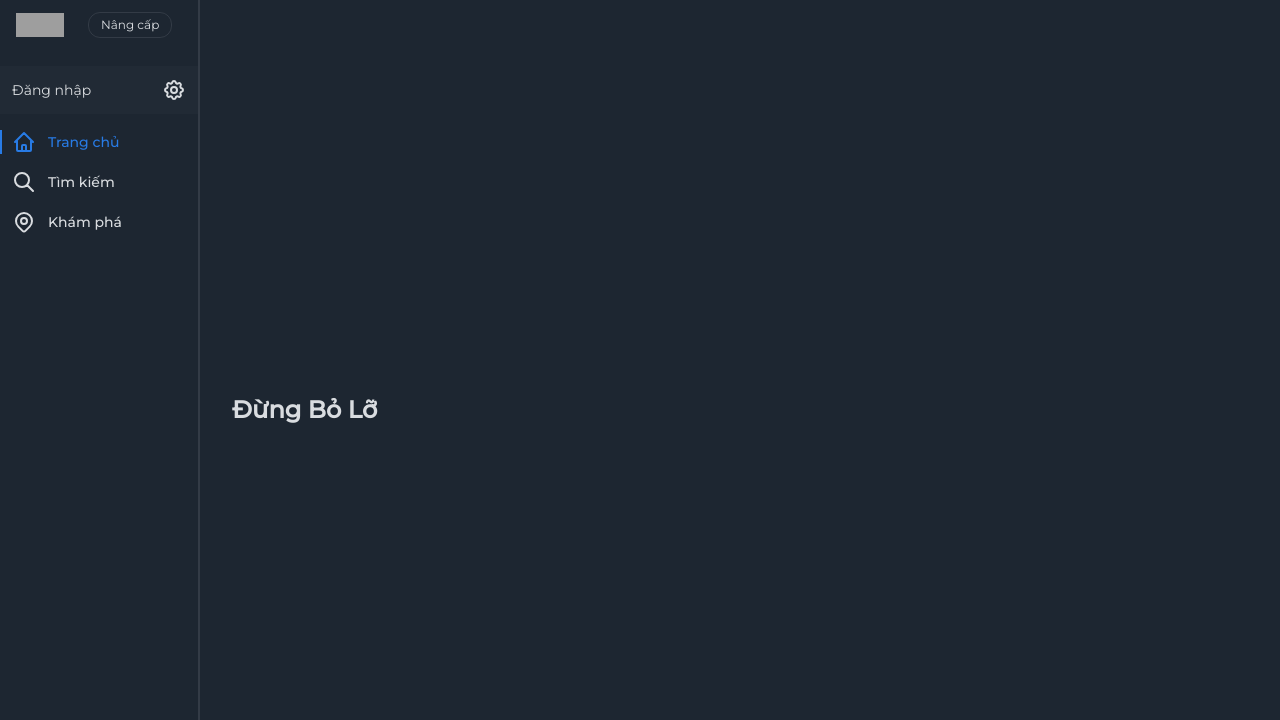
Repository: hoang0508/React-TypeScript-MP3
Page: /
An editor plug-in stored every save of this project. The page is shown before and after the next save, followed by the edit.
The browser window is 1280 px wide. The pictures show the whole page.
Pictures or frames that could not be fetched are drawn as grey boxes. The project was rebuilt for these pictures with package versions that can differ from the ones it lists, and the page was loaded fresh each time. Also part of the build but not shown: src/components/icon/IconDots.tsx, src/components/icon/IconDownLoad.tsx, src/components/icon/IconPlay.tsx, src/modules/music/MusicList.scss, src/modules/music/MusicItem.tsx.

Above is the page before, as saved 2022-07-30 14:55:08.

### src/index.tsx
import React from "react";
import ReactDOM from "react-dom/client";
import "./index.scss";
import App from "./App";
import reportWebVitals from "./reportWebVitals";
import { BrowserRouter } from "react-router-dom";
import { Provider } from "react-redux";
import store from "./redux/configureStore";

const root = ReactDOM.createRoot(
  document.getElementById("root") as HTMLElement
);
root.render(
  <Provider store={store}>
    <BrowserRouter>
      <App />
    </BrowserRouter>
  </Provider>
);

// If you want to start measuring performance in your app, pass a function
// to log results (for example: reportWebVitals(console.log))
// or send to an analytics endpoint. Learn more: https://bit.ly/CRA-vitals
reportWebVitals();

### src/index.scss
@import url("https://fonts.googleapis.com/css2?family=Montserrat:wght@300;400;500&display=swap");
@tailwind base;
@tailwind components;
@tailwind utilities;
@layer base {
  body {
    @apply font-primary text-sm font-normal mx-auto bg-bgColor text-text1;
    text-rendering: optimizeLegibility;
    -webkit-font-smoothing: antialiased;
    max-width: 1440px;
  }
  input {
    @apply outline-none;
  }
}

body::-webkit-scrollbar {
  width: 8px;
}

body::-webkit-scrollbar-thumb {
  background-color: #1fa2ff;
  border-radius: 8px;
}

.swiper {
  width: 100%;
  height: 100%;
}

.swiper-slide img {
  display: block;
  width: 100%;
  height: 100%;
  object-fit: cover;
}
.swiper .swiper-button-next,
.swiper-rtl .swiper-button-prev {
  right: 10px;
  left: auto;
  background-color: rgba(244, 246, 248, 0.02) !important;
  color: #fff;
  font-weight: 700;
}

.swiper .swiper-button-prev,
.swiper-rtl .swiper-button-next {
  left: 10px;
  right: auto;
  color: #fff;
  font-weight: 700;
}

.music-list .swiper-slide {
  width: 177px !important;
  height: auto;
}

### src/App.tsx
import React, { lazy, Suspense, useEffect } from "react";
import { useDispatch, useSelector } from "react-redux";
import { Route, Routes } from "react-router-dom";
import { Fetchdata } from "./redux/MusicSlice";
const HomePage = lazy(() => import("./pages/HomePage"));

function App() {
  return (
    <Suspense fallback={<></>}>
      <Routes>
        <Route path="/" element={<HomePage />}></Route>
      </Routes>
    </Suspense>
  );
}

export default App;

### src/redux/configureStore.tsx
import { configureStore, combineReducers } from "@reduxjs/toolkit";
import MusicSlice from "./MusicSlice";

const reducer = combineReducers({
  music: MusicSlice,
});

const store = configureStore({
  reducer: reducer,
  middleware: (getDefaultMiddleware) =>
    getDefaultMiddleware({
      serializableCheck: false,
    }).concat(),
});

export default store;

### src/pages/HomePage.tsx
import * as React from "react";
import { useDispatch } from "react-redux";
import HeadingLine from "../components/common/Headingline";
import { LayoutMusicPage } from "../layout/LayoutMusicPage";
import HomeBanner from "../modules/home/HomeBanner";
import MusicListFeed from "../modules/music/MusicListFeed";
import { Fetchdata } from "../redux/MusicSlice";

interface HomePageProps {}

export default function HomePage(props: HomePageProps) {
  const dispatch = useDispatch();
  React.useEffect(() => {
    dispatch(Fetchdata());
  }, [dispatch]);
  return (
    <LayoutMusicPage>
      <HomeBanner></HomeBanner>
      <HeadingLine>Đừng bỏ lỡ</HeadingLine>
      <MusicListFeed heading="miss"></MusicListFeed>
    </LayoutMusicPage>
  );
}

### src/redux/MusicSlice.tsx
import { createAsyncThunk, createSlice } from "@reduxjs/toolkit";
const {
  getHome,
  getSong,
  getPlaylists,
  //... and many other services
} = require("nhaccuatui-api-full");

export const Fetchdata: any = createAsyncThunk(
  "fetchMusic",
  async (dispatch, getState) => {
    const data = await getHome();
    return data;
  }
);

const MusicSlice = createSlice({
  name: "music",
  initialState: {
    dataMusic: {},
    isLoading: false,
    errorMessage: "",
  },
  reducers: {},
  extraReducers: (builder) => {
    // Bắt đầu thực hiện action login (Promise pending)
    builder.addCase(Fetchdata.pending, (state) => {
      // Bật trạng thái loading
      state.isLoading = true;
    });

    // Khi thực hiện action Fetchdata thành công (Promise fulfilled)
    builder.addCase(Fetchdata.fulfilled, (state, action) => {
      // Tắt trạng thái loading, lưu thông tin user vào store
      state.isLoading = false;
      state.dataMusic = action.payload;
    });

    // Khi thực hiện action Fetchdata thất bại (Promise rejected)
    builder.addCase(Fetchdata.rejected, (state, action) => {
      // Tắt trạng thái loading, lưu thông báo lỗi vào store
      state.isLoading = false;
      // state.errorMessage = action.payload.message;
    });
  },
});

export default MusicSlice.reducer;

### src/components/common/Headingline.tsx
import * as React from "react";

interface HeadingLineProps {
  children: any;
}

export default function HeadingLine({ children }: HeadingLineProps) {
  return (
    <h3 className="text-text1 text-2xl font-bold mb-4 capitalize">
      {children}
    </h3>
  );
}

### src/layout/LayoutMusicPage.tsx
import * as React from "react";
import { Sidebar } from "../modules/Menu/Sidebar/Sidebar";

interface ILayoutMusicPageprops {
  children: any;
}

export function LayoutMusicPage({ children }: ILayoutMusicPageprops) {
  return (
    <>
      <Sidebar></Sidebar>
      <div className="pl-[200px]">
        <div className="flex">
          <div className="w-[75%] py-6 px-8">{children}</div>
          <div className="w-[30%]"></div>
        </div>
      </div>
    </>
  );
}

### src/modules/home/HomeBanner.tsx
import * as React from "react";
import { useSelector } from "react-redux";
// Import Swiper React components
import { Swiper, SwiperSlide } from "swiper/react";

// Import Swiper styles
import "swiper/css";
import "swiper/css/pagination";
import "swiper/css/navigation";
import { Autoplay, Pagination, Navigation } from "swiper";
interface HomeBannerProps {
  description?: string;
  imageUrl?: string;
  key?: string;
  order?: number;
  thumbnail?: string;
  title?: string;
  url?: string;
}

export default function HomeBanner(props: HomeBannerProps) {
  const data = useSelector((state: any) => state.music.dataMusic);
  const dataBanner = data.showcase;
  return (
    <div className="min-h-[300px] mb-[70px]">
      <Swiper
        spaceBetween={30}
        centeredSlides={true}
        // autoplay={{
        //   delay: 3000,
        //   disableOnInteraction: false,
        // }}
        pagination={{
          clickable: true,
        }}
        navigation={true}
        modules={[Autoplay, Pagination, Navigation]}
        className="mySwiper"
      >
        {dataBanner &&
          dataBanner.length > 0 &&
          dataBanner.map((item: HomeBannerProps) => (
            <SwiperSlide key={item.key}>
              <img src={item.thumbnail} alt="" />
            </SwiperSlide>
          ))}
      </Swiper>
    </div>
  );
}

### src/modules/music/MusicListFeed.tsx
import * as React from "react";
import { useSelector } from "react-redux";
// Import Swiper React components
import { Swiper, SwiperSlide } from "swiper/react";
// Import Swiper styles
import "swiper/css";
import MusciItem from "./MusicItem";
import "./MusicList.scss";
import { MusicItemType } from "./index";
interface MusicListFeedProps {
  heading: string;
}

export default function MusicListFeed({ heading }: MusicListFeedProps) {
  const data = useSelector((state: any) => state.music.dataMusic);
  let dataFeed;
  switch (heading) {
    case "miss":
      dataFeed = data?.topicEvent ? data?.topicEvent[0]?.listPlaylist : null;
      break;
    case "select":
      dataFeed = data?.topicEvent ? data?.topicEvent[1]?.listPlaylist : null;
      break;
    case "fire":
      dataFeed = data?.topicEvent ? data?.topicEvent[2]?.listPlaylist : null;
      break;
    default:
      break;
  }
  console.log(dataFeed);
  return (
    <div className="music-list">
      <Swiper grabCursor spaceBetween={20} slidesPerView={"auto"}>
        {dataFeed &&
          dataFeed.length > 0 &&
          dataFeed.map((item: MusicItemType) => (
            <SwiperSlide key={item.key}>
              <MusciItem data={item}></MusciItem>
            </SwiperSlide>
          ))}
      </Swiper>
    </div>
  );
}

### src/modules/Menu/Sidebar/Sidebar.tsx
import * as React from "react";
import { Link, NavLink } from "react-router-dom";
import { Button } from "../../../components/button";
import {
  IconDiscover,
  IconHome,
  IconSearch,
  Iconsetting,
} from "../../../components/icon";
import "./Sidebar.scss";

export interface Sidebarprops {}

const SidebarLinks = [
  {
    id: 1,
    title: "Trang chủ",
    icon: <IconHome />,
    to: "/",
  },
  {
    id: 2,
    title: "Tìm kiếm",
    icon: <IconSearch />,
    to: "/timkiem",
  },
  {
    id: 3,
    title: "Khám phá",
    icon: <IconDiscover />,
    to: "/khampha",
  },
];

export function Sidebar(props: Sidebarprops) {
  const linkClass = `flex items-center gap-x-3 mb-4 relative font-medium pl-3`;
  return (
    <div className="max-w-[200px] w-full h-full fixed top-0 left-0 z-20 border-r-2 border-borderColor">
      <div className="flex items-center gap-x-6 py-3 px-4">
        <img
          src="/logo.png"
          alt="logo"
          className="w-[48px] h-[24px] object-cover"
        />
        <Button>Nâng cấp</Button>
      </div>
      <div className="flex items-center bg-bgColor2 justify-between my-4 p-3 text-sm">
        <Link to={"/"}>Đăng nhập</Link>
        <Iconsetting />
      </div>
      {SidebarLinks &&
        SidebarLinks.length > 0 &&
        SidebarLinks.map((link) => (
          <NavLink
            to={link.to}
            className={({ isActive }) =>
              isActive ? `${linkClass} link-border text-primary` : linkClass
            }
            key={link.id}
          >
            {link.icon}
            <span>{link.title}</span>
          </NavLink>
        ))}
    </div>
  );
}

### src/components/icon/index.ts
import IconDiscover from "./IconDiscover";
import IconDots from "./IconDots";
import IconDownLoad from "./IconDownLoad";
import IconHome from "./IconHome";
import IconPlay from "./IconPlay";
import IconSearch from "./IconSearch";
import Iconsetting from "./IconSetting";

export {
  Iconsetting,
  IconDiscover,
  IconHome,
  IconSearch,
  IconDownLoad,
  IconDots,
  IconPlay,
};

### src/modules/Menu/Sidebar/Sidebar.scss
.link-border {
  position: relative;
  &::before {
    content: "";
    position: absolute;
    left: 0;
    top: 0;
    width: 2px;
    height: 100%;
    background-color: #287be5;
  }
}

.home {
  &-banner {
    background: #3e5151; /* fallback for old browsers */
    background: -webkit-linear-gradient(
      to right,
      #decba4,
      #3e5151
    ); /* Chrome 10-25, Safari 5.1-6 */
    background: linear-gradient(
      to right,
      #decba4,
      #3e5151
    ); /* W3C, IE 10+/ Edge, Firefox 16+, Chrome 26+, Opera 12+, Safari 7+ */
  }
}

### src/components/button/Button.tsx
import * as React from "react";

interface Buttonprops {
  children: any;
  className?: string;
}

export default function Button({
  children,
  className = "text-xs inline-block py-1 px-3",
}: Buttonprops) {
  return (
    <button
      className={`border-borderColor rounded-xl border cursor-pointer ${className}`}
    >
      {children}
    </button>
  );
}

### src/components/icon/IconDiscover.tsx
import * as React from "react";

export interface IconDiscoverProps {}

export default function IconDiscover(props: IconDiscoverProps) {
  return (
    <svg
      xmlns="http://www.w3.org/2000/svg"
      className="h-6 w-6"
      fill="none"
      viewBox="0 0 24 24"
      stroke="currentColor"
    >
      <path
        strokeLinecap="round"
        strokeLinejoin="round"
        strokeWidth={2}
        d="M17.657 16.657L13.414 20.9a1.998 1.998 0 01-2.827 0l-4.244-4.243a8 8 0 1111.314 0z"
      />
      <path
        strokeLinecap="round"
        strokeLinejoin="round"
        strokeWidth={2}
        d="M15 11a3 3 0 11-6 0 3 3 0 016 0z"
      />
    </svg>
  );
}

### src/components/icon/IconHome.tsx
import * as React from "react";
// import styled from "styled-components";

// const IconStyleColorHome = styled.span`
//   background: linear-gradient(to top right, #287be5, #29d7ff);
// `;

export interface IconHomeProps {}

export default function IconHome(props: IconHomeProps) {
  return (
    <span>
      <svg
        xmlns="http://www.w3.org/2000/svg"
        className="h-6 w-6"
        fill="none"
        viewBox="0 0 24 24"
        stroke="#287be5"
      >
        <path
          strokeLinecap="round"
          strokeLinejoin="round"
          strokeWidth={2}
          d="M3 12l2-2m0 0l7-7 7 7M5 10v10a1 1 0 001 1h3m10-11l2 2m-2-2v10a1 1 0 01-1 1h-3m-6 0a1 1 0 001-1v-4a1 1 0 011-1h2a1 1 0 011 1v4a1 1 0 001 1m-6 0h6"
        />
      </svg>
    </span>
  );
}

### src/components/icon/IconSearch.tsx
import * as React from "react";

export interface IconSearchProps {}

export default function IconSearch(props: IconSearchProps) {
  return (
    <svg
      xmlns="http://www.w3.org/2000/svg"
      className="h-6 w-6"
      fill="none"
      viewBox="0 0 24 24"
      stroke="currentColor"
    >
      <path
        strokeLinecap="round"
        strokeLinejoin="round"
        strokeWidth={2}
        d="M21 21l-6-6m2-5a7 7 0 11-14 0 7 7 0 0114 0z"
      />
    </svg>
  );
}

### src/components/icon/IconSetting.tsx
import * as React from "react";

export interface IconsettingProps {}

export default function Iconsetting(props: IconsettingProps) {
  return (
    <svg
      xmlns="http://www.w3.org/2000/svg"
      className="h-6 w-6"
      fill="none"
      viewBox="0 0 24 24"
      stroke="currentColor"
    >
      <path
        strokeLinecap="round"
        strokeLinejoin="round"
        strokeWidth={2}
        d="M10.325 4.317c.426-1.756 2.924-1.756 3.35 0a1.724 1.724 0 002.573 1.066c1.543-.94 3.31.826 2.37 2.37a1.724 1.724 0 001.065 2.572c1.756.426 1.756 2.924 0 3.35a1.724 1.724 0 00-1.066 2.573c.94 1.543-.826 3.31-2.37 2.37a1.724 1.724 0 00-2.572 1.065c-.426 1.756-2.924 1.756-3.35 0a1.724 1.724 0 00-2.573-1.066c-1.543.94-3.31-.826-2.37-2.37a1.724 1.724 0 00-1.065-2.572c-1.756-.426-1.756-2.924 0-3.35a1.724 1.724 0 001.066-2.573c-.94-1.543.826-3.31 2.37-2.37.996.608 2.296.07 2.572-1.065z"
      />
      <path
        strokeLinecap="round"
        strokeLinejoin="round"
        strokeWidth={2}
        d="M15 12a3 3 0 11-6 0 3 3 0 016 0z"
      />
    </svg>
  );
}

### tailwind.config.js
module.exports = {
  content: ["./src/**/*.{js,jsx,ts,tsx}"],
  theme: {
    extend: {
      fontFamily: {
        primary: ["Montserrat", "sans-serif;"],
      },
      colors: {
        primary: "#287BE5",
        bgColor: "#1d2631",
        text1: "rgba(244,246,248,0.88)",
        text2: "rgba(244,246,248,0.5)",
        bgColor2: "rgba(244,246,248,0.02)",
        borderColor: "rgba(244,246,248,0.1)",
      },
    },
  },
  plugins: [],
};

Loaded but not shown: public/index.html (common file); src/reportWebVitals.ts (common file); src/components/button/index.ts (common file)

After the next save:
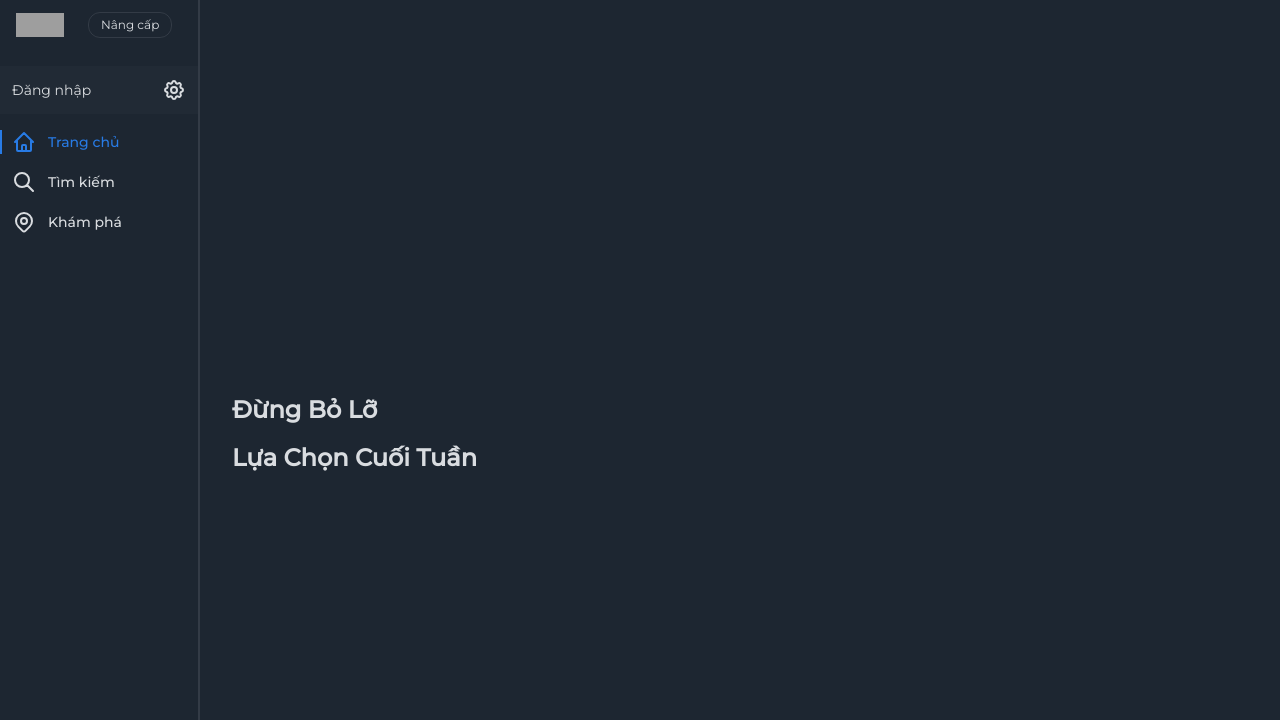
Saved 2 min 40 s later.
--- a/src/pages/HomePage.tsx
+++ b/src/pages/HomePage.tsx
@@ -18,6 +18,8 @@ export default function HomePage(props: HomePageProps) {
       <HomeBanner></HomeBanner>
       <HeadingLine>Đừng bỏ lỡ</HeadingLine>
       <MusicListFeed heading="miss"></MusicListFeed>
+      <HeadingLine>Lựa Chọn Cuối Tuần</HeadingLine>
+      <MusicListFeed heading="select"></MusicListFeed>
     </LayoutMusicPage>
   );
 }
